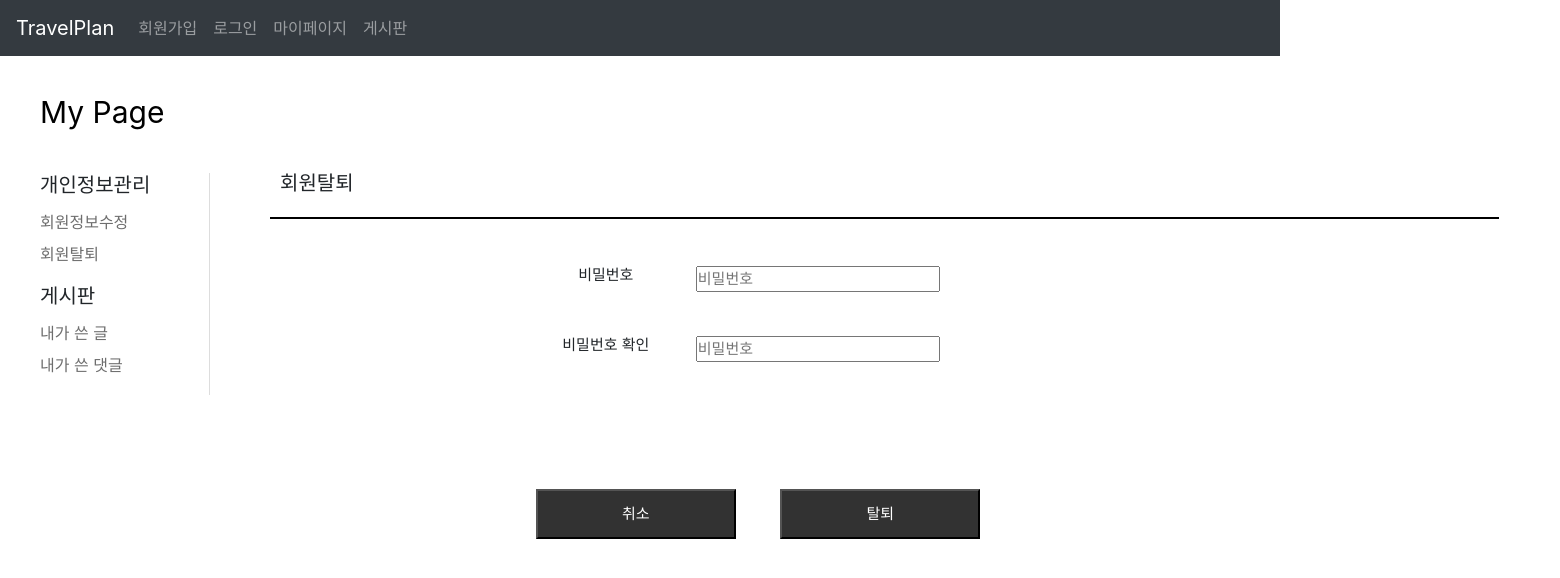
Repository: sna145815/Travel_v1
Page: http://localhost/Travel_v1/WEB-INF/view/deleteuser.jsp
An editor plug-in stored every save of this project. The page is shown before and after the next save, followed by the edit.
The browser window is 1280 px wide. The page is 1560 px wide, so the pictures cover 1560 px, including what lies to the right of the window. The pictures show the whole page.
The page is served by Tomcat 9. Nobody is signed in. Other server files are loaded and not shown. The template is opened directly, without the code that normally fills it, so the values that code supplies are empty.

Above is the page before, as saved 2022-11-06 14:32:14.

### Travel_v1/src/main/webapp/WEB-INF/view/deleteuser.jsp
<%@ page language="java" contentType="text/html; charset=UTF-8"
    pageEncoding="UTF-8"%>
<%@ include file="/layout/header.jsp" %>

<!DOCTYPE html>
<html>
<head>
	<meta charset="UTF-8">
	<style>
		* {
			margin: 0;
			padding: 0;
		}
		#wrap {
			width: auto;
			min-width: 1560px;
			max-width: 1880px;
			padding: 0px 40px;
			margin: 0px auto;
			box-sizing: border-box;
		}
		#sub_header {
			position: relative;
			padding: 0px 0px 10px;
			margin: 0px auto;
		}
		.visual_area {
			padding: 5px 0px 8px;
			font-size: inherit;
			font-weight: normal;
		}
		.txt > a {
			display: inline-block;
			font-size: 30px;
			font-weight: normal;
			color: rgb(0, 0, 0);
		}
		.menu_area {
			float : left;
			width : 270px;
			border-right: 1px solid #ddd;
		}
		.content_right {
			position: absolute;
			left: 270px;
			top: 200;
			right: 0;
			min-width: 1229px;
		}
		.menu_area {
		 	width: 170px;
		 	float: left;
		 	margin: 24px 40px 0px 0px;
		 	font-size: 14px;
		}
		.menu1, .menu2 {
			display: flex;
			flex-direction: column;
			padding-bottom: 15px;
		}
		.update, .delete, .post, .comment {
			display: flex;
			margin-top: 2px;
			font-size: 16px;
			line-height: 30px;
			color: rgb(110, 110, 110);
		}
		.content-right {
			padding: 0;
			float: right;
		}
		.sectiontitle {
			border-bottom: 2px solid #000000;
			padding-left: 10px;
			padding-bottom: 14px;
			margin-top: 22px;
			line-height: 1.5px;
			font-size: 14px;
			position: relative;
		}
		.password {
			padding: 3px 0 35px 0;
		}
		.inputpwd {
			margin-top: 22px;
			padding: 10px;
			font-size: 15px;
			border-collapse: collapse;
			table-layout: fixed;
			margin-left: 20%;
		}
		tr {
			height: 70px;
			padding: 10px;
			box-sizing: border-box;
			text-align: center;
			vertical-align: middle;
			word-break: break-all;
		}
		.button {
			margin-top: 50px;
			margin-left: 20%;
		}
		.btn_cancel, .btn_delete {
			width: 200px;
			height: 50px;
			margin: 20px;
			padding: 10px;
			font-size: 15px;
			border-collapse: collapse;
			vertical-align: middle;
			color: rgb(255, 255, 255);
			background-color: rgb(50, 50, 50);
		}
	</style>
</head>
<body>
	<div id="wrap">
		<div id ="header">
			<div class="visual_area">
				<h1 class="txt">
					<a href="/mypage">My Page</a>
				</h1>
			</div>
		</div>
		<div id ="content_area">
			<div class ="content">
				<div class="content_in">
					<!-- 좌측 메뉴 -->
					<nav class="menu_area">
						<div class="menu1">
							<h5>개인정보관리</h5>
							<a href="/mypage" class="update">회원정보수정</a>
							<a href="/deleteuser" class="delete">회원탈퇴</a>
						</div>
						<div class="menu2">
							<h5>게시판</h5>
							<a href="#" class="post">내가 쓴 글</a>
							<a href="#" class="comment">내가 쓴 댓글</a>
						</div>
					</nav>
					<!-- 콘텐츠 내용 -->
					<section class ="content_right">
						<header class="sectiontitle">
							<h5>회원탈퇴</h5>
						</header>
						<div class="password">
							<table class="inputpwd">
								<tr>
									<td width=180px><label for="myPW">비밀번호</label></td>
									<td><input type="password" id="myPW" placeholder="비밀번호" size=20/></td>
								</tr>
								<tr>
									<td><label for="myPWR">비밀번호 확인</label></td>
									<td><input type="password" id="myPWR" placeholder="비밀번호" size=20/></td>
								</tr>
							</table>
						</div>
						<div class="button">
							<span>
								<button type="submit" class="btn_cancel">취소</button>
							</span>
							<span>
								<button type="submit" class="btn_delete">탈퇴</button>
							</span>
						</div>
					</section>
				</div>
			</div>
		</div>
	</div>
</body>
</html>

### Travel_v1/src/main/webapp/layout/header.jsp
<%@ page language="java" contentType="text/html; charset=UTF-8"
    pageEncoding="UTF-8"%>
<!DOCTYPE html>

<head>
  <title>TravelPlan</title>
  <meta charset="utf-8">
  <meta name="viewport" content="width=device-width, initial-scale=1">
  <link rel="stylesheet" href="https://cdn.jsdelivr.net/npm/bootstrap@4.6.1/dist/css/bootstrap.min.css">
  <script src="https://cdn.jsdelivr.net/npm/jquery@3.6.0/dist/jquery.slim.min.js"></script>
  <script src="https://cdn.jsdelivr.net/npm/popper.js@1.16.1/dist/umd/popper.min.js"></script>
  <script src="https://cdn.jsdelivr.net/npm/bootstrap@4.6.1/dist/js/bootstrap.bundle.min.js"></script>
</head>
<body>

<nav class="navbar navbar-expand-md bg-dark navbar-dark">
  <a class="navbar-brand" href="#">TravelPlan</a>
  <button class="navbar-toggler" type="button" data-toggle="collapse" data-target="#collapsibleNavbar">
    <span class="navbar-toggler-icon"></span>
  </button>
  <div class="collapse navbar-collapse" id="collapsibleNavbar">
    <ul class="navbar-nav">
      <li class="nav-item">
        <a class="nav-link" href="#">회원가입</a>
      </li>
      <li class="nav-item">
        <a class="nav-link" href="/login">로그인</a>
      </li>
      <li class="nav-item">
        <a class="nav-link" href="/mypage">마이페이지</a>
      </li>
      <li class="nav-item">
        <a class="nav-link" href="#">게시판</a>
      </li>
    </ul>
  </div>
</nav>
<br>

After the next save:
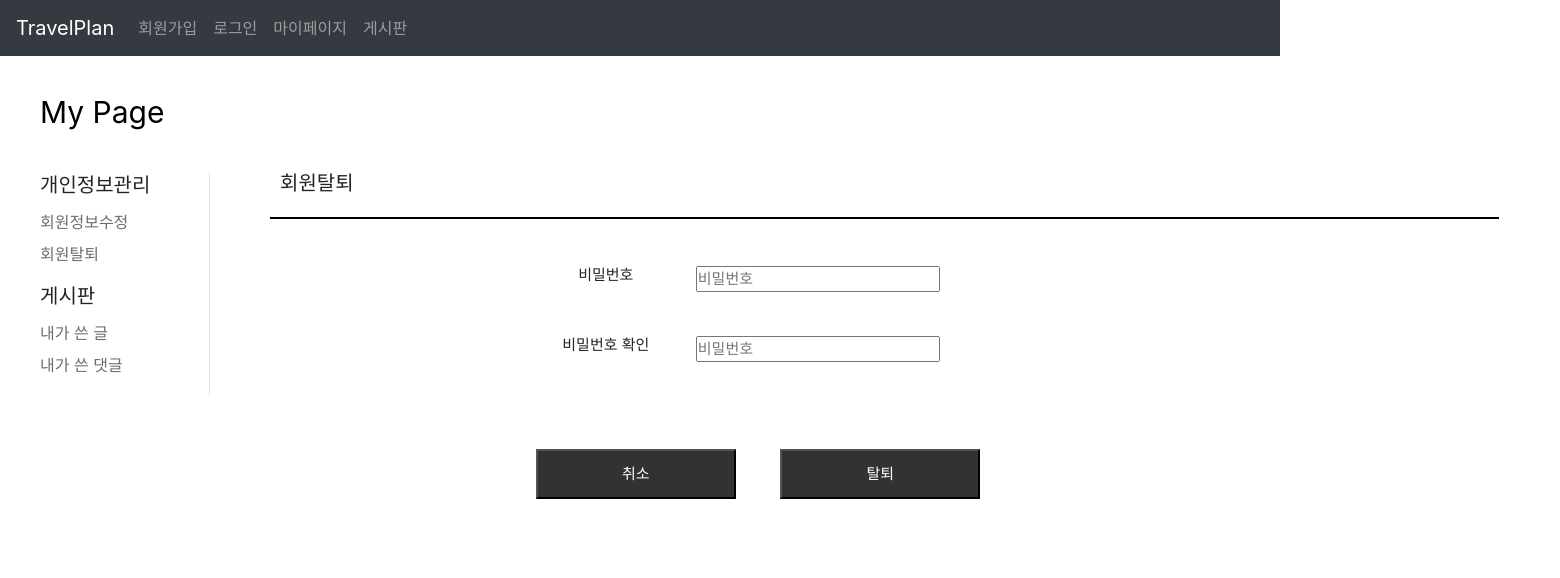
Saved 15 s later.
--- a/Travel_v1/src/main/webapp/WEB-INF/view/deleteuser.jsp
+++ b/Travel_v1/src/main/webapp/WEB-INF/view/deleteuser.jsp
@@ -98,7 +98,7 @@
 			word-break: break-all;
 		}
 		.button {
-			margin-top: 50px;
+			margin-top: 10px;
 			margin-left: 20%;
 		}
 		.btn_cancel, .btn_delete {
